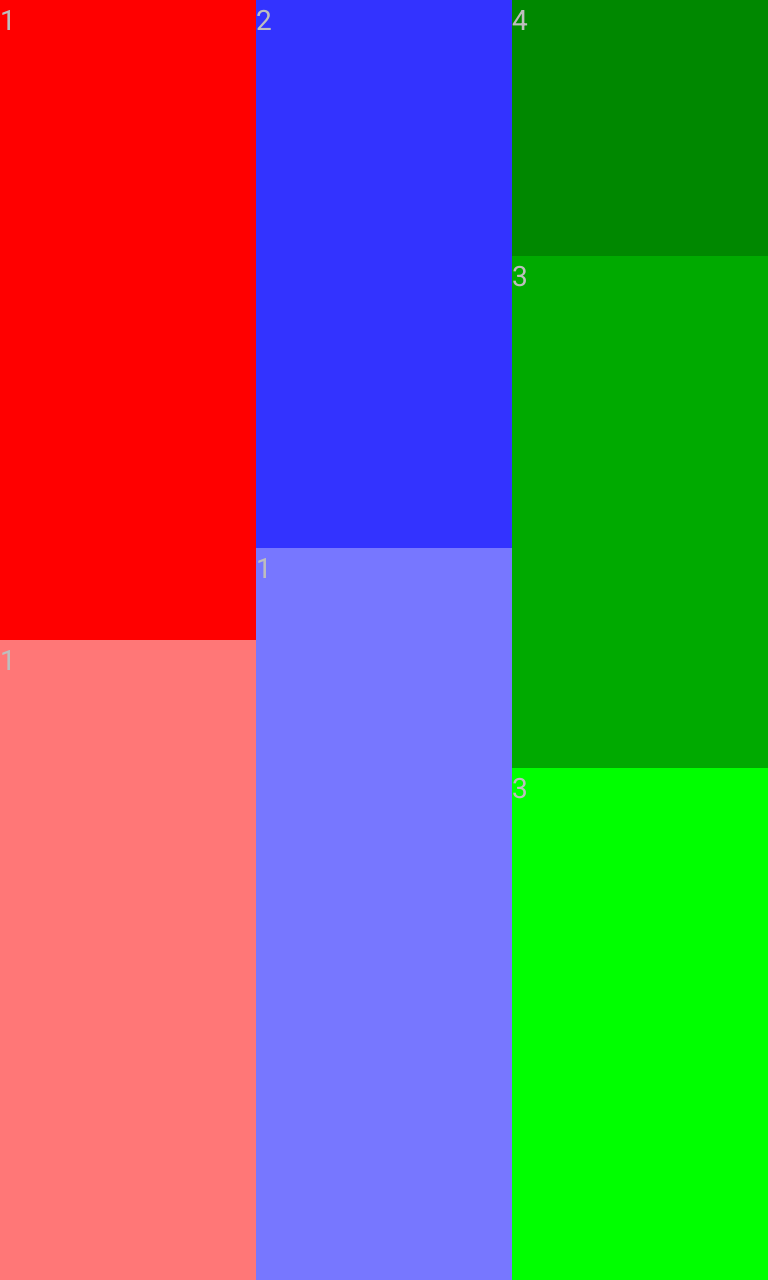
Repository: PVoLan/TestWeight
Layout: WS/Test.Weight/res/layout/main.xml
The author's editor kept a copy of each file at every save. The layout is drawn from the files as they stood at one save, then again after the next save.
It is drawn on a 768 x 1280 px phone screen (xhdpi) without system bars, with theme android:Theme; the app's code is not run.

Above is the layout before, as saved 2012-02-27 19:45:57.

### WS/Test.Weight/res/layout/main.xml
<?xml version="1.0" encoding="utf-8"?>
<LinearLayout xmlns:android="http://schemas.android.com/apk/res/android"
    android:layout_width="fill_parent"
    android:layout_height="fill_parent"
 >

    <LinearLayout
    android:layout_width="fill_parent"
    android:layout_height="fill_parent"
    android:layout_weight="1"
    android:orientation="vertical"
	 >

        <TextView
            android:layout_width="fill_parent"
		    android:layout_height="fill_parent"
		    android:layout_weight="1"
		    android:text="1"
		    android:background="#f00"
            />

        <TextView
            android:layout_width="fill_parent"
		    android:layout_height="fill_parent"
		    android:layout_weight="2"
		    android:text="2"
		    android:background="#f33"
            />

        <TextView
            android:layout_width="fill_parent"
		    android:layout_height="fill_parent"
		    android:layout_weight="1"
		    android:text="1"
		    android:background="#f77"
            />


	</LinearLayout>


    <LinearLayout
    android:layout_width="fill_parent"
    android:layout_height="fill_parent"
    android:layout_weight="1"
    android:orientation="vertical"
	 >

        <TextView
            android:layout_width="fill_parent"
		    android:layout_height="fill_parent"
		    android:layout_weight="4"
		    android:text="4"
		    android:background="#00f"
            />

        <TextView
            android:layout_width="fill_parent"
		    android:layout_height="fill_parent"
		    android:layout_weight="2"
		    android:text="2"
		    android:background="#33f"
            />

        <TextView
            android:layout_width="fill_parent"
		    android:layout_height="fill_parent"
		    android:layout_weight="1"
		    android:text="1"
		    android:background="#77f"
            />

	</LinearLayout>


    <LinearLayout
    android:layout_width="fill_parent"
    android:layout_height="fill_parent"
    android:layout_weight="1"
    android:orientation="vertical"
	 >


         <TextView
            android:layout_width="fill_parent"
		    android:layout_height="fill_parent"
		    android:layout_weight="4"
		    android:text="4"
		    android:background="#080"
            />

        <TextView
            android:layout_width="fill_parent"
		    android:layout_height="fill_parent"
		    android:layout_weight="3"
		    android:text="3"
		    android:background="#0a0"
            />

        <TextView
            android:layout_width="fill_parent"
		    android:layout_height="fill_parent"
		    android:layout_weight="3"
		    android:text="3"
		    android:background="#0f0"
            />

	</LinearLayout>

</LinearLayout>

After the next save:
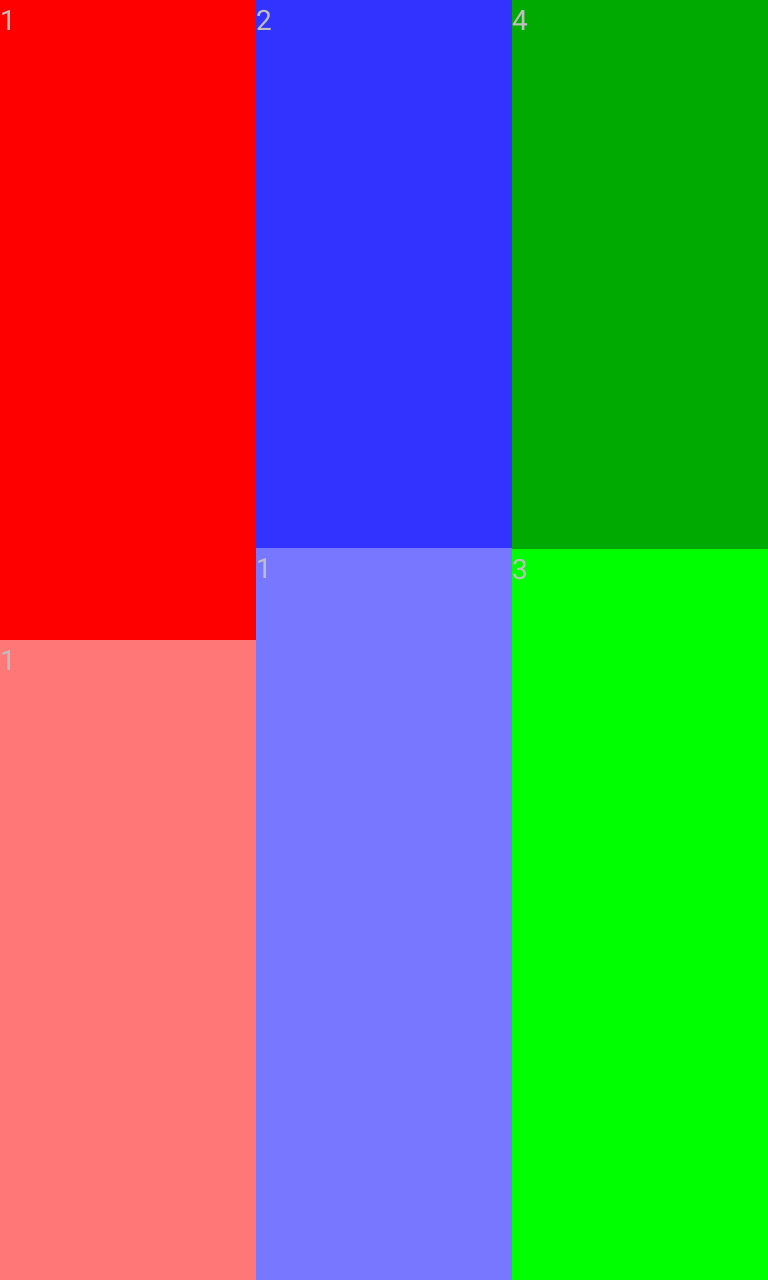
Saved 46 s later.
--- a/WS/Test.Weight/res/layout/main.xml
+++ b/WS/Test.Weight/res/layout/main.xml
@@ -84,16 +84,16 @@
          <TextView
             android:layout_width="fill_parent"
 		    android:layout_height="fill_parent"
-		    android:layout_weight="4"
-		    android:text="4"
+		    android:layout_weight="7"
+		    android:text="7"
 		    android:background="#080"
             />
 
         <TextView
             android:layout_width="fill_parent"
 		    android:layout_height="fill_parent"
-		    android:layout_weight="3"
-		    android:text="3"
+		    android:layout_weight="4"
+		    android:text="4"
 		    android:background="#0a0"
             />
 
